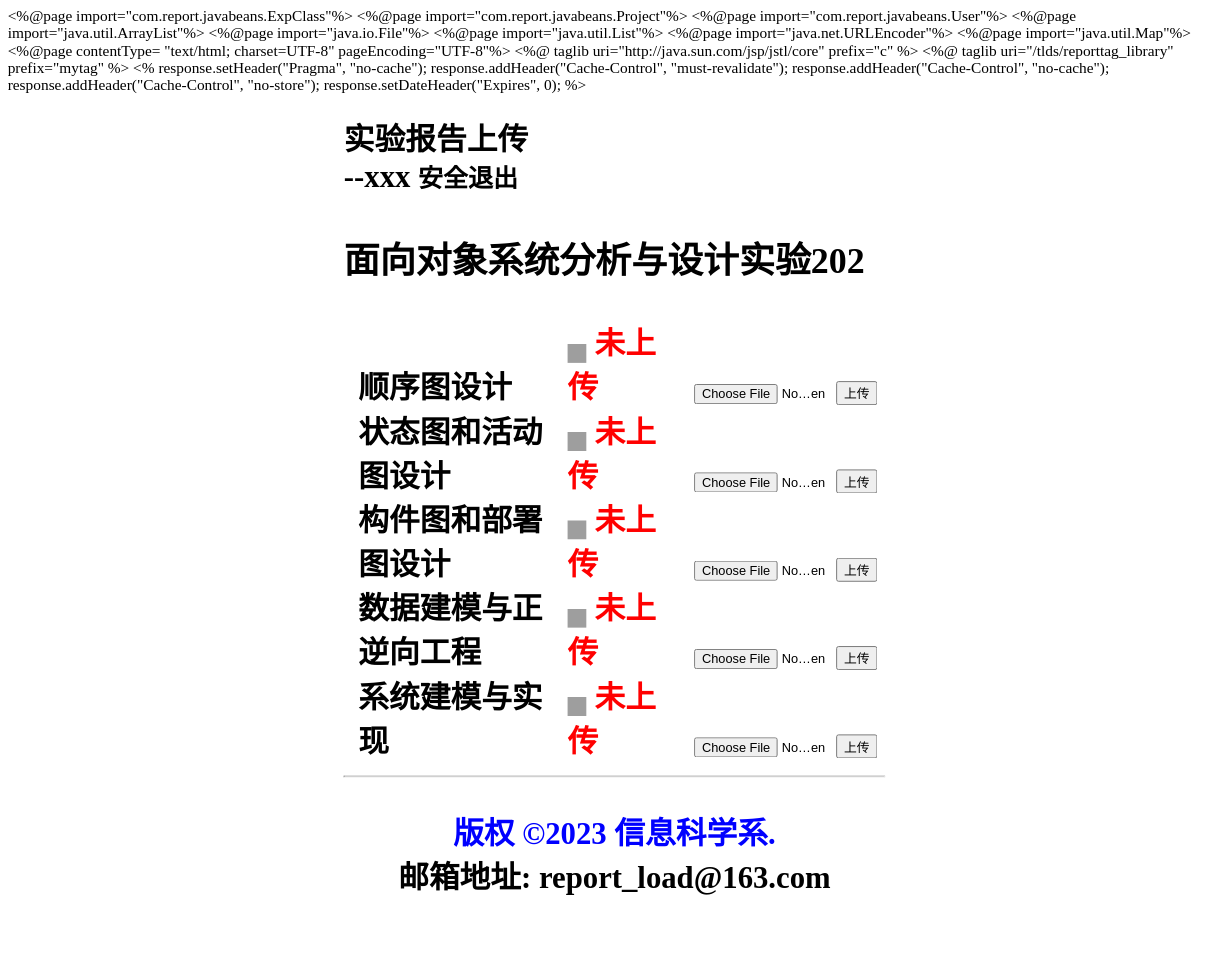
Repository: IAmJiangWenHao/ReportServer
Page: web/demo.html
An editor plug-in stored every save of this project. The page is shown before and after the next save, followed by the edit.
The browser window is 1280 px wide. The pictures show the whole page, at 96% of full size.
Pictures or frames that could not be fetched are drawn as grey boxes.

Above is the page before, as saved 2023-05-19 18:43:00.
Console error: SyntaxError: Invalid or unexpected token

After the next save:
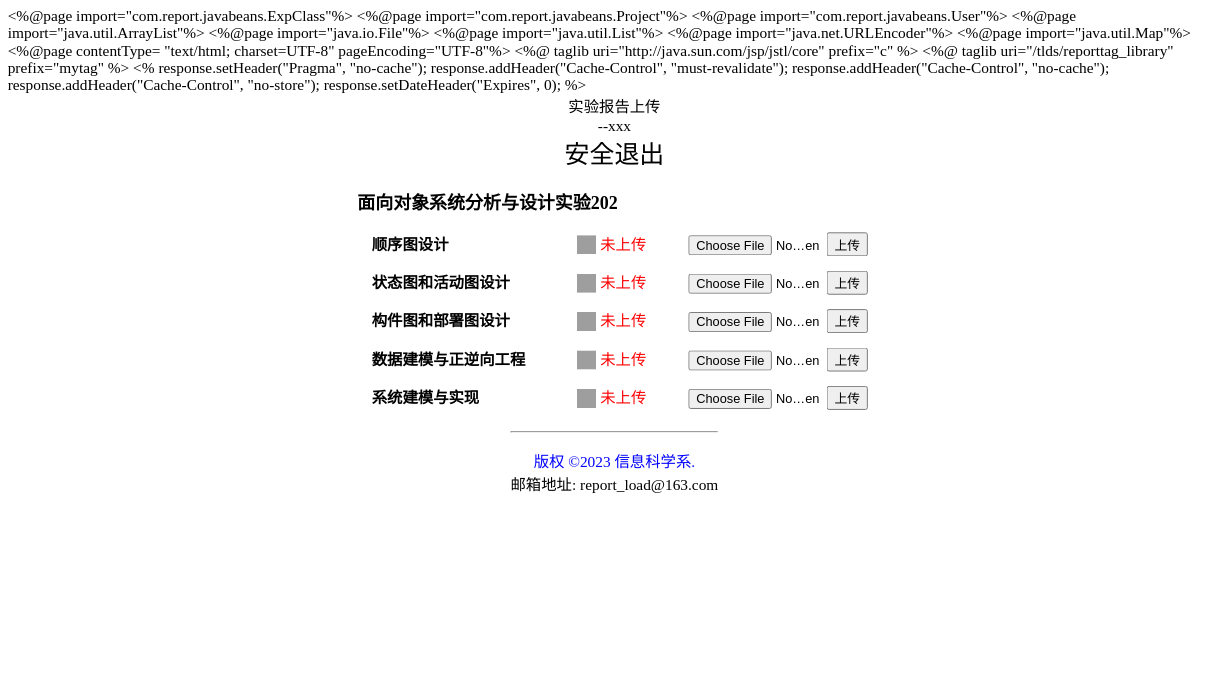
Saved 118 s later.
--- a/web/demo.html
+++ b/web/demo.html
@@ -26,11 +26,12 @@
   </head>
   <body>
     <div style="display: flex; flex-direction:column;align-items: center;">
-      <h1 style="display:inline-block"><div color="black">实验报告上传</div>
-      <div style="display:inline-block">--xxx</div>
-      <div style="display:inline-block">
+      <div color="black">实验报告上传</div>
+      <div >--xxx</div>
+      <div>
         <div style="color:black;font-size: 26px;">
-          <a style="color: black;text-decoration:none;" href="exit.jsp">安全退出</a></div></div>
+          <a style="color: black;text-decoration:none;" href="exit.jsp">安全退出</a></div>
+        </div>
       <!-- 课程 -->
 
         <div id="course1">
